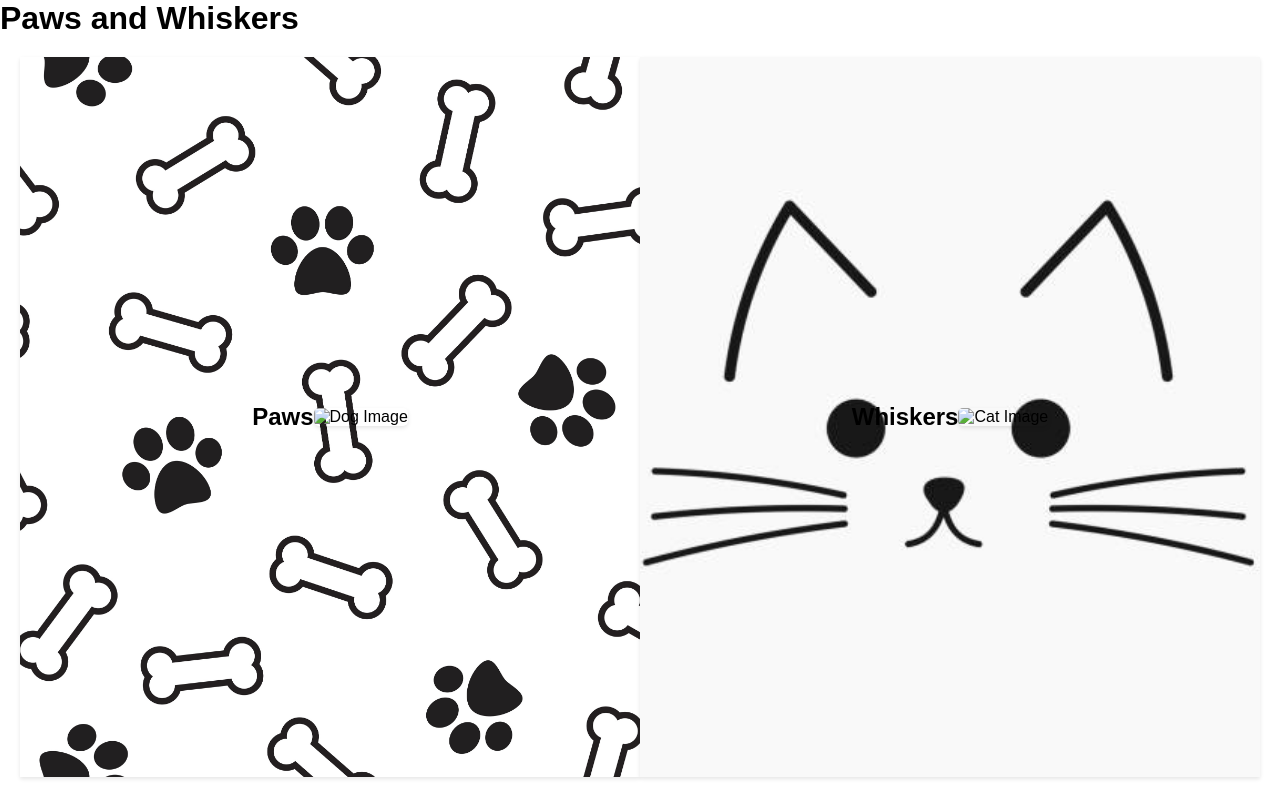
Repository: vimala-pydi/spring-pawsandwhiskers
Page: src/main/webapp/index.html
These files come from the project's save history. The page is drawn as it stood at one moment and after the next save; the edit follows.
The browser window is 1280 px wide. The pictures show the whole page.
The page's requests for data from a server got no answer.

Above is the page before, as saved 2023-08-21 17:56:58.

### src/main/webapp/index.html
<!DOCTYPE html>
<html>
<head>
    <title>Welcome to Paws and Whiskers!</title>
    <link rel="stylesheet" type="text/css" href="css/styles.css">
</head>
<body>
    <h1>Paws and Whiskers</h1>
    <div class="container">
        <div class="image-box dogs">
            <h2>Paws</h2>
            <div id="dogImageContainer">
                <img id="dogImage" src="" alt="Dog Image">
            </div>
        </div>
        <div class="image-box cats">
            <h2>Whiskers</h2>
            <div id="catImageContainer">
                <img id="catImage" src="" alt="Cat Image">
            </div>
        </div>
    </div>
    <script>
        const dogImageContainer = document.getElementById('dogImageContainer');
        const dogImage = document.getElementById('dogImage');
        const catImageContainer = document.getElementById('catImageContainer');
        const catImage = document.getElementById('catImage');

        fetch('ImageDisplayServlet')
            .then(response => response.json())
            .then(imageUrls => {
                const dogImages = imageUrls[0];
                const catImages = imageUrls[1];

                let currentDogIndex = 0;
                let currentCatIndex = 0;

                // Function to show the next dog image
                function showNextDogImage() {
                    dogImage.src = dogImages[currentDogIndex];
                    currentDogIndex = (currentDogIndex + 1) % dogImages.length;
                }

                // Function to show the next cat image
                function showNextCatImage() {
                    catImage.src = catImages[currentCatIndex];
                    currentCatIndex = (currentCatIndex + 1) % catImages.length;
                }

                // Initially show the first images
                showNextDogImage();
                showNextCatImage();

                // Add click event listeners to the containers
                dogImageContainer.addEventListener('click', showNextDogImage);
                catImageContainer.addEventListener('click', showNextCatImage);
            })
            .catch(error => console.error('Error fetching image URLs:', error));
    </script>
</body>
</html>

### src/main/webapp/css/styles.css
/* Reset default margin and padding for all elements */
* {
    margin: 0;
    padding: 0;
    box-sizing: border-box;
}

body {
    font-family: Arial, sans-serif;
    background-color: rgba(0,0,0,0);
    margin: 0;
    padding: 0;
}

.container {
    display: flex;
    justify-content: space-around;
    padding: 20px;
}

.image-box {
    width: 100%; /* Make the image boxes take up the full width of the page */
    height: 100vh; /* Set the height of the image boxes to cover the entire viewport height */
    background-size: cover; /* Set background image to cover the image box */
    background-position: center center; /* Center the background image */
    background-color: rgba(0, 0, 0, 0.5); /* Add a semi-transparent black background */
    box-shadow: 0 2px 4px rgba(0, 0, 0, 0.1);
    display: flex;
    align-items: center;
    justify-content: center;
}

.image-box.dogs {
    background-image: url('dog_bg.jpg'); /* Replace with actual dog image */
}

.image-box.cats {
    background-image: url('cat_bg.jpg'); /* Replace with actual cat image */
}

.image-box h2 {
    margin-top: 0;
    font-size: 24px;
}

.image-box ul {
    list-style: none;
    padding: 0;
}

.image-box li {
    margin-bottom: 10px;
}

.image-box img {
    max-width: 100%;
    border-radius: 5px;
    box-shadow: 0 2px 4px rgba(0, 0, 0, 0.1);
}

After the next save:
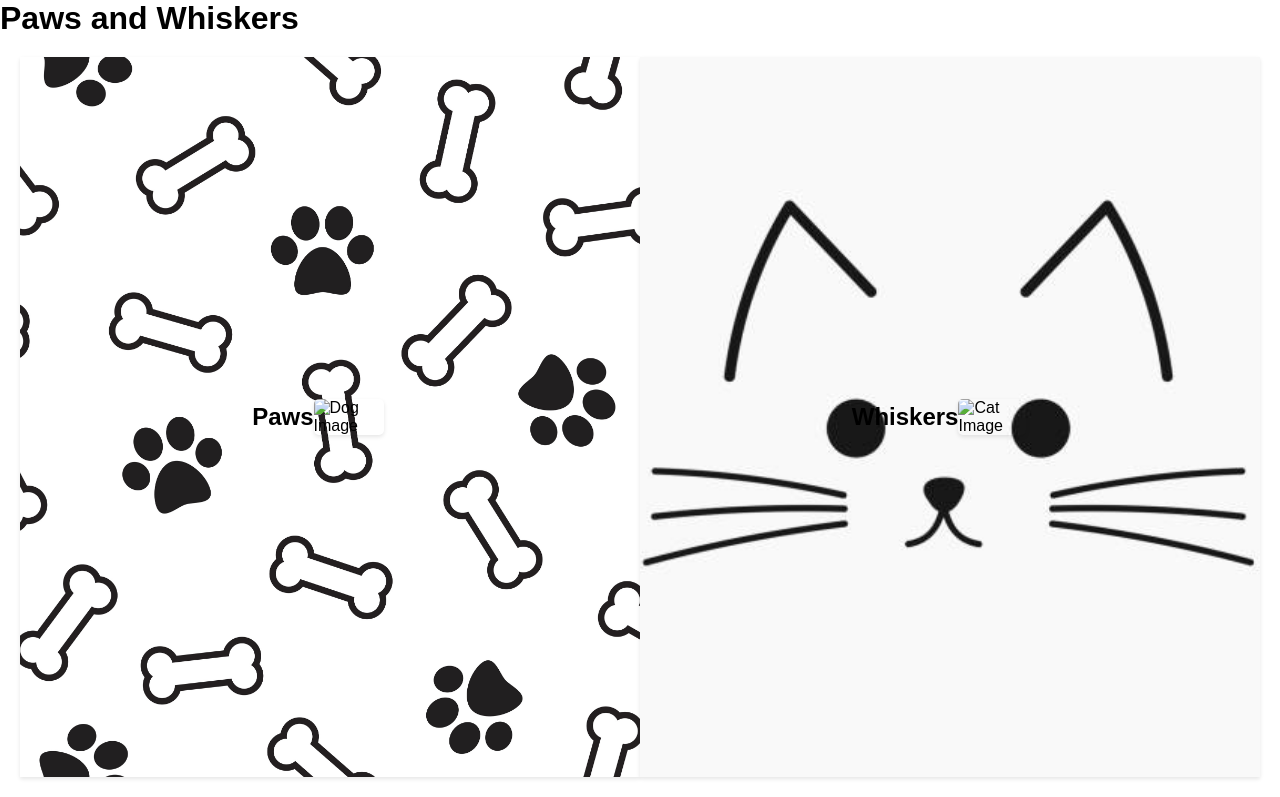
Saved 27 s later.
--- a/src/main/webapp/css/styles.css
+++ b/src/main/webapp/css/styles.css
@@ -53,7 +53,9 @@
 }
 
 .image-box img {
-    max-width: 100%;
+    max-width: 75%; /* Set the maximum width of the image to cover 75% of the page */
+    max-height: 100%; /* Maintain the aspect ratio of the image */
     border-radius: 5px;
     box-shadow: 0 2px 4px rgba(0, 0, 0, 0.1);
+    cursor: pointer; /* Add cursor style for clickable images */
 }
